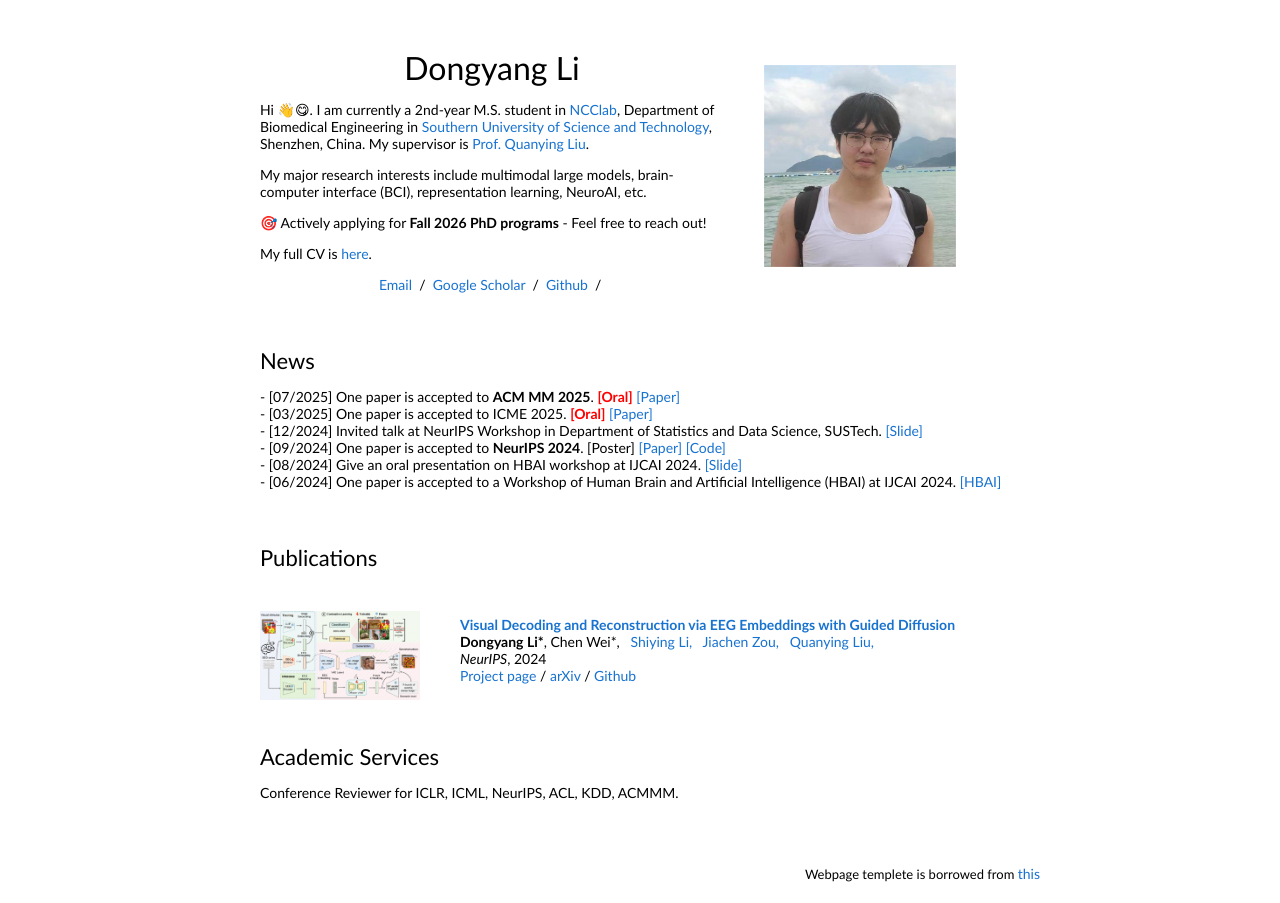
Repository: dongyangli-del/dongyangli-del.github.io
Page: index.html
These files come from the project's save history. The page is drawn as it stood at one moment and after a run of saves; the edit follows.
The browser window is 1280 px wide. The pictures show the whole page.

Above is the page before, as saved 2025-07-12 20:26:24.

After the next 3 saves:
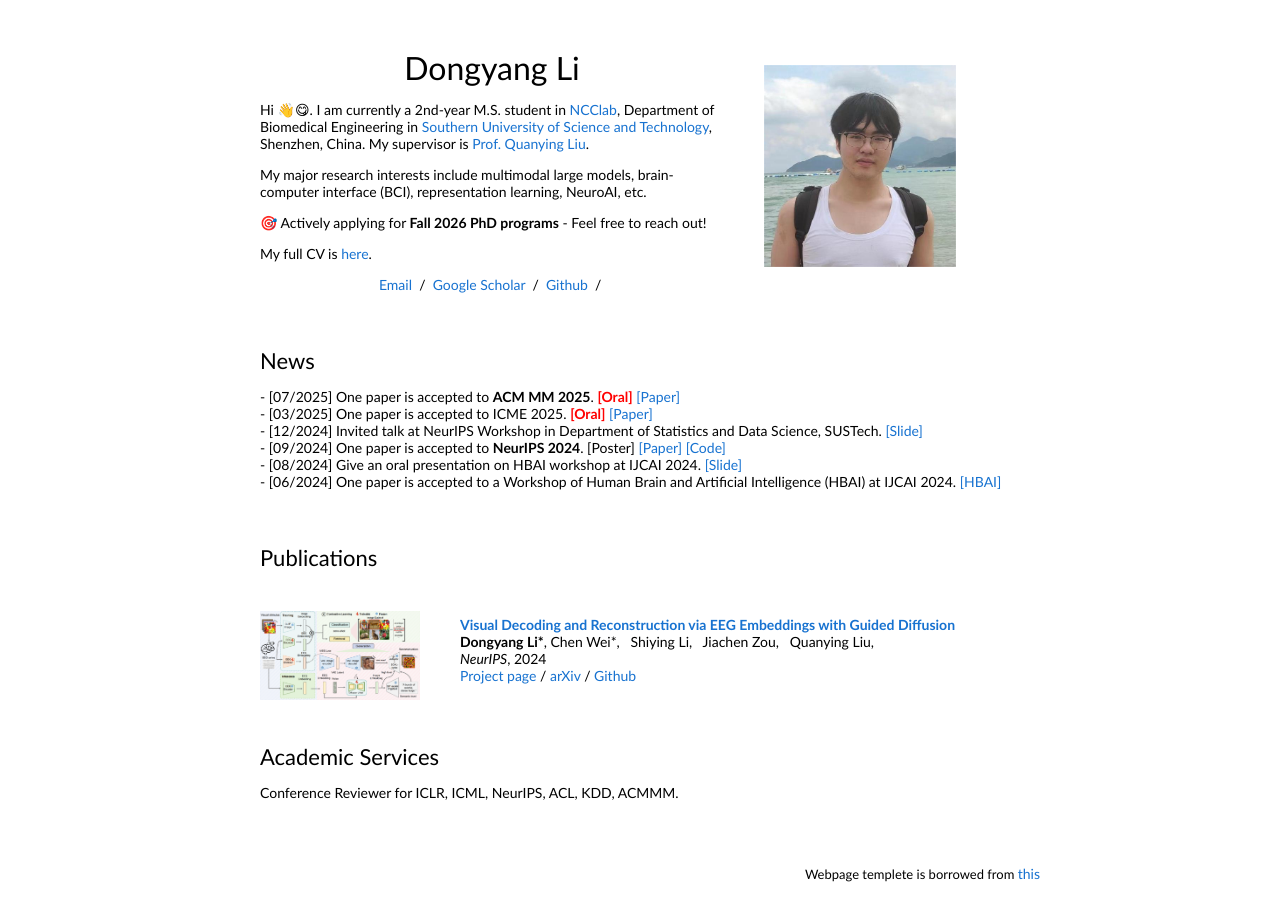
The 3 saves are shown as one change because they came seconds apart.
The last was saved 13 s later.
--- a/index.html
+++ b/index.html
@@ -140,9 +140,9 @@
           <br>
           <strong>Dongyang Li*</strong>,
           <font style="color:black;">Chen Wei*, </font> &nbsp;
-          <font style="color: #1772d0;">Shiying Li, </font> &nbsp;
-          <font style="color: #1772d0;">Jiachen Zou, </font> &nbsp;
-          <font style="color: #1772d0;">Quanying Liu, </font> &nbsp;
+          <font style="color: black;">Shiying Li, </font> &nbsp;
+          <font style="color: black;">Jiachen Zou, </font> &nbsp;
+          <font style="color: black;">Quanying Liu, </font> &nbsp;
           <br>
           <em>NeurIPS</em>, 2024
           <br>
